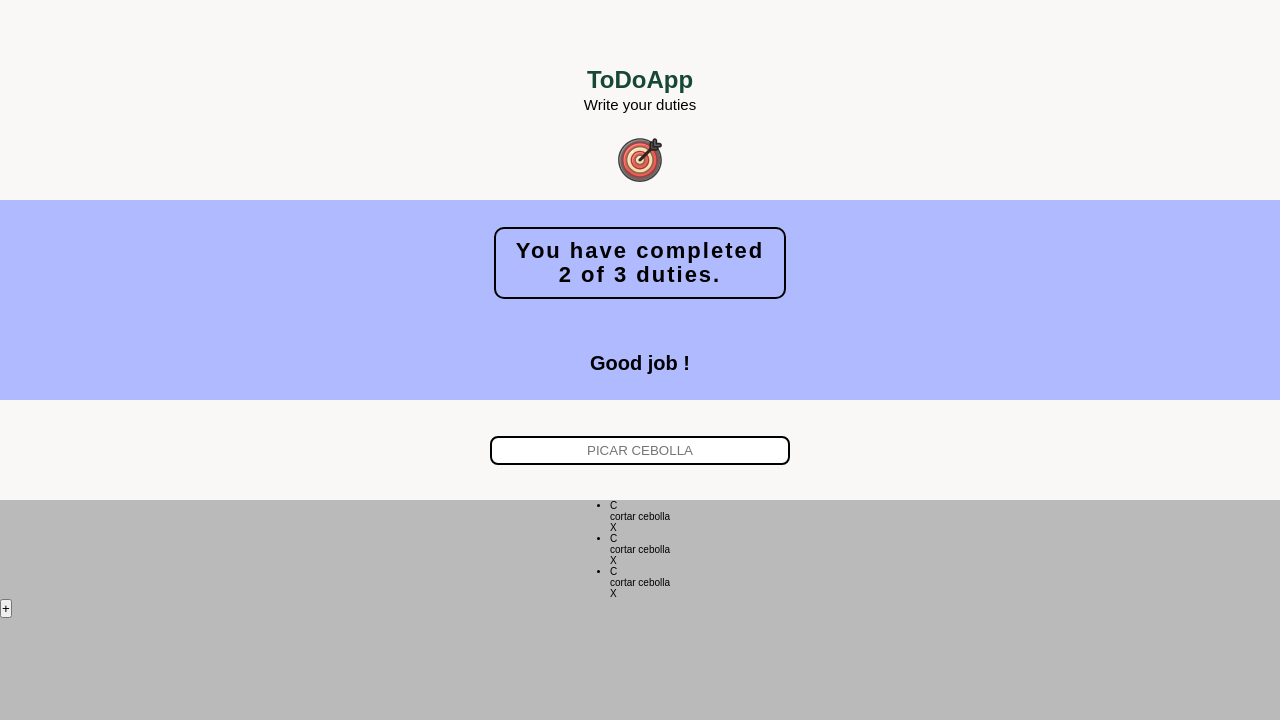
Repository: ChristianGecchelin/to-do-app
Page: /
An editor plug-in stored every save of this project. The page is shown before and after the next save, followed by the edit.
The browser window is 1280 px wide. The pictures show the whole page.
The project was rebuilt for these pictures with package versions that can differ from the ones it lists, and the page was loaded fresh each time.

Above is the page before, as saved 2022-01-12 15:14:41.

After the next save:
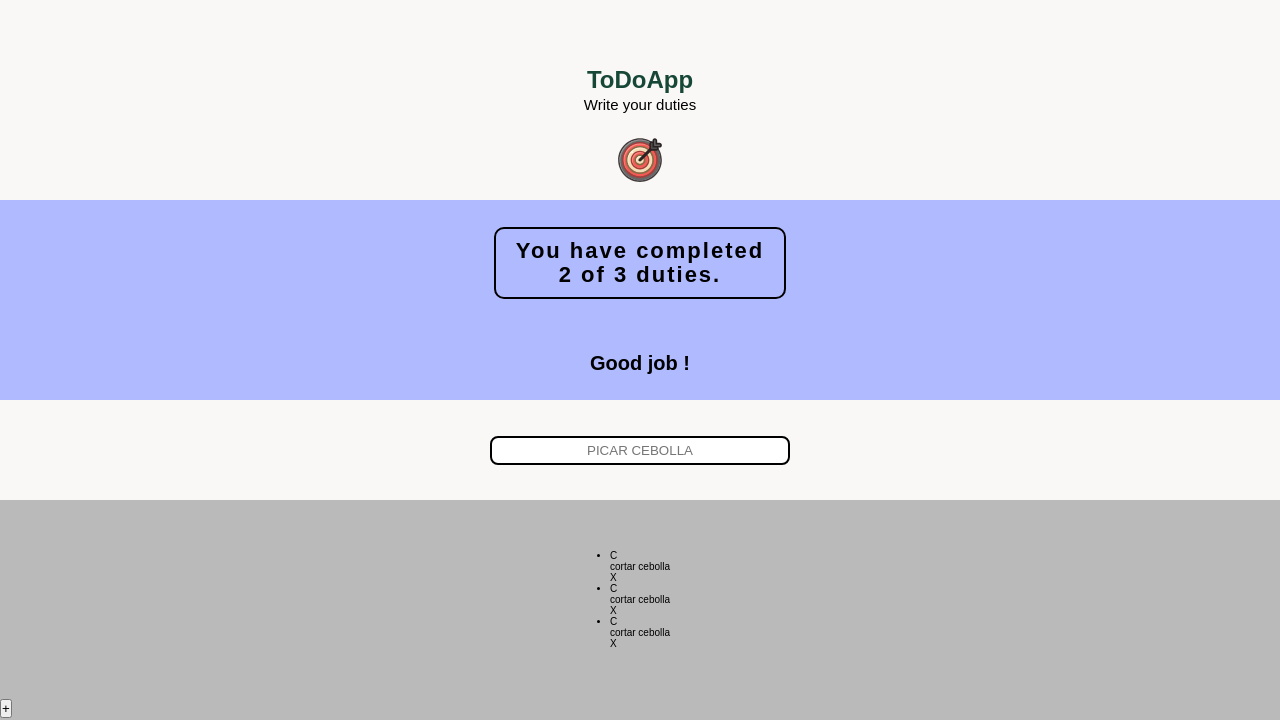
Saved 19 s later.
--- a/src/styles/ToDoList.css
+++ b/src/styles/ToDoList.css
@@ -4,4 +4,6 @@
   justify-content: center;
   align-items: center;
   width: 100%;
+  height: auto;
+  padding: 50px 0;
 }
